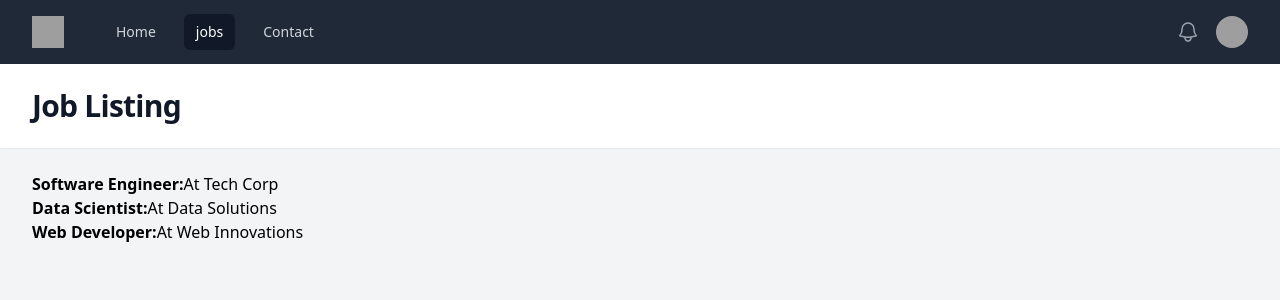
Repository: mennaabdelelhady/30-Days-to-Learn-Laravel
Page: http://localhost/jobs
An editor plug-in stored every save of this project. The page is shown before and after the next save, followed by the edit.
The browser window is 1280 px wide. The pictures show the whole page.
Pictures or frames that could not be fetched are drawn as grey boxes. Some web libraries are served in a nearby version. The page is served by the project's Laravel application, run on PHP 8.4 with Laravel 12. Other server files are loaded and not shown.

Above is the page before, as saved 2025-07-09 12:59:54.

### routes/web.php
<?php

use Illuminate\Support\Arr;
use Illuminate\Support\Facades\Route;

Route::get('/home', function () {
    return view('home');
});

Route::get('/jobs', function () {
    return view('jobs',[
        'jobs'=>[
            ['id'=>1,'title' => 'Software Engineer', 'company' => 'Tech Corp', 'location' => 'New York'],
            ['id'=>2,'title' => 'Data Scientist', 'company' => 'Data Solutions', 'location' => 'San Francisco'],
            ['id'=>3,'title' => 'Web Developer', 'company' => 'Web Innovations', 'location' => 'Los Angeles']
        ]
    ]);
});

Route::get('/jobs/{id}', function ($id) {
    $jobs= [
            ['id'=>1,'title' => 'Software Engineer', 'company' => 'Tech Corp', 'location' => 'New York'],
            ['id'=>2,'title' => 'Data Scientist', 'company' => 'Data Solutions', 'location' => 'San Francisco'],
            ['id'=>3,'title' => 'Web Developer', 'company' => 'Web Innovations', 'location' => 'Los Angeles']
    ];
    /*foreach ($jobs as $job) {
        if ($job['id'] == $id) {
            return view('jobs', ['job' => $job]);
        }
    }*/
    $job=Arr::first($jobs, fn($job)=> $job['id'] == $id);
    //dump($id);
    //dd($job);
    return view('job',['job'=>$job]);
});

Route::get('/contact', function () {
    return view('contact');
});

### resources/views/jobs.blade.php
<x-layout>
    <x-slot:heading>
        Job Listing
    </x-slot:heading>

    <ul>
        @foreach ($jobs as $job)
            <li>
                <a href="/jobs/{{$job['id']}}">
                    <strong>{{ $job['title'] }}:</strong>At {{ $job['company'] }}
                </a>
            </li>
        @endforeach
    </ul>


</x-layout>

### resources/views/components/layout.blade.php
<!DOCTYPE html>
<html lang="en" class="h-full bg-gray-100">

<head>
    <meta charset="UTF-8">
    <meta name="viewport" content="width=device-width, initial-scale=1.0">
    <title>My Website</title>
    <script src="https://cdn.tailwindcss.com"></script>
</head>

<body class="h-full">
    <div class="min-h-full">
        <nav class="bg-gray-800">
            <div class="mx-auto max-w-7xl px-4 sm:px-6 lg:px-8">
                <div class="flex h-16 items-center justify-between">
                    <div class="flex items-center">
                        <div class="shrink-0">
                            <img class="size-8"
                                src="https://laracasts.com/images/logo/logo-triangle.svg"
                                alt="Your Company" />
                        </div>
                        <div class="hidden md:block">
                            <div class="ml-10 flex items-baseline space-x-4">
                                <!-- Current: "bg-gray-900 text-white", Default: "text-gray-300 hover:bg-gray-700 hover:text-white" -->
                                <x-nav-link href="/home" :active="request()->is('home')">Home</x-nav-link>
                                <x-nav-link href="/jobs" :active="request()->is('jobs')">jobs</x-nav-link>
                                <x-nav-link href="/contact" :active="request()->is('contact')" type="button">Contact</x-nav-link>
                            </div>
                        </div>
                    </div>
                    <div class="hidden md:block">
                        <div class="ml-4 flex items-center md:ml-6">
                            <button type="button"
                                class="relative rounded-full bg-gray-800 p-1 text-gray-400 hover:text-white focus:ring-2 focus:ring-white focus:ring-offset-2 focus:ring-offset-gray-800 focus:outline-hidden">
                                <span class="absolute -inset-1.5"></span>
                                <span class="sr-only">View notifications</span>
                                <svg class="size-6" fill="none" viewBox="0 0 24 24" stroke-width="1.5"
                                    stroke="currentColor" aria-hidden="true" data-slot="icon">
                                    <path stroke-linecap="round" stroke-linejoin="round"
                                        d="M14.857 17.082a23.848 23.848 0 0 0 5.454-1.31A8.967 8.967 0 0 1 18 9.75V9A6 6 0 0 0 6 9v.75a8.967 8.967 0 0 1-2.312 6.022c1.733.64 3.56 1.085 5.455 1.31m5.714 0a24.255 24.255 0 0 1-5.714 0m5.714 0a3 3 0 1 1-5.714 0" />
                                </svg>
                            </button>

                            <!-- Profile dropdown -->
                            <div class="relative ml-3">
                                <div>
                                    <button type="button"
                                        class="relative flex max-w-xs items-center rounded-full bg-gray-800 text-sm focus:outline-hidden focus-visible:ring-2 focus-visible:ring-white focus-visible:ring-offset-2 focus-visible:ring-offset-gray-800"
                                        id="user-menu-button" aria-expanded="false" aria-haspopup="true">
                                        <span class="absolute -inset-1.5"></span>
                                        <span class="sr-only">Open user menu</span>
                                        <img class="size-8 rounded-full"
                                            src="https://laracasts.com/images/lary-ai-face.svg"
                                            alt="" />
                                    </button>
                                </div>


                            </div>
                        </div>
                    </div>
                    <div class="-mr-2 flex md:hidden">
                        <!-- Mobile menu button -->
                        <button type="button"
                            class="relative inline-flex items-center justify-center rounded-md bg-gray-800 p-2 text-gray-400 hover:bg-gray-700 hover:text-white focus:ring-2 focus:ring-white focus:ring-offset-2 focus:ring-offset-gray-800 focus:outline-hidden"
                            aria-controls="mobile-menu" aria-expanded="false">
                            <span class="absolute -inset-0.5"></span>
                            <span class="sr-only">Open main menu</span>
                            <!-- Menu open: "hidden", Menu closed: "block" -->
                            <svg class="block size-6" fill="none" viewBox="0 0 24 24" stroke-width="1.5"
                                stroke="currentColor" aria-hidden="true" data-slot="icon">
                                <path stroke-linecap="round" stroke-linejoin="round"
                                    d="M3.75 6.75h16.5M3.75 12h16.5m-16.5 5.25h16.5" />
                            </svg>
                            <!-- Menu open: "block", Menu closed: "hidden" -->
                            <svg class="hidden size-6" fill="none" viewBox="0 0 24 24" stroke-width="1.5"
                                stroke="currentColor" aria-hidden="true" data-slot="icon">
                                <path stroke-linecap="round" stroke-linejoin="round" d="M6 18 18 6M6 6l12 12" />
                            </svg>
                        </button>
                    </div>
                </div>
            </div>

            <!-- Mobile menu, show/hide based on menu state. -->
            <div class="md:hidden" id="mobile-menu">
                <div class="space-y-1 px-2 pt-2 pb-3 sm:px-3">
                    <!-- Current: "bg-gray-900 text-white", Default: "text-gray-300 hover:bg-gray-700 hover:text-white" -->
                    <a href="/home" class="block rounded-md bg-gray-900 px-3 py-2 text-base font-medium text-white"
                        aria-current="page">Home</a>
                    <a href="/about"
                        class="block rounded-md px-3 py-2 text-base font-medium text-gray-300 hover:bg-gray-700 hover:text-white">About</a>
                    <a href="/contact"
                        class="block rounded-md px-3 py-2 text-base font-medium text-gray-300 hover:bg-gray-700 hover:text-white">Contact</a>
                    <a href="#"
                </div>
                <div class="border-t border-gray-700 pt-4 pb-3">
                    <div class="flex items-center px-5">
                        <div class="shrink-0">
                            <img class="size-10 rounded-full"
                                src="https://laracasts.com/images/lary-ai-face.svg"
                                alt="" />
                        </div>
                        <div class="ml-3">
                            <div class="text-base/5 font-medium text-white">lary robot</div>
                            <div class="text-sm font-medium text-gray-400">menna@gmail.com</div>
                        </div>
                        <button type="button"
                            class="relative ml-auto shrink-0 rounded-full bg-gray-800 p-1 text-gray-400 hover:text-white focus:ring-2 focus:ring-white focus:ring-offset-2 focus:ring-offset-gray-800 focus:outline-hidden">
                            <span class="absolute -inset-1.5"></span>
                            <span class="sr-only">View notifications</span>
                            <svg class="size-6" fill="none" viewBox="0 0 24 24" stroke-width="1.5"
                                stroke="currentColor" aria-hidden="true" data-slot="icon">
                                <path stroke-linecap="round" stroke-linejoin="round"
                                    d="M14.857 17.082a23.848 23.848 0 0 0 5.454-1.31A8.967 8.967 0 0 1 18 9.75V9A6 6 0 0 0 6 9v.75a8.967 8.967 0 0 1-2.312 6.022c1.733.64 3.56 1.085 5.455 1.31m5.714 0a24.255 24.255 0 0 1-5.714 0m5.714 0a3 3 0 1 1-5.714 0" />
                            </svg>
                        </button>
                    </div>
                    <div class="mt-3 space-y-1 px-2">
                        <a href="#"
                            class="block rounded-md px-3 py-2 text-base font-medium text-gray-400 hover:bg-gray-700 hover:text-white">Your
                            Profile</a>
                        <a href="#"
                            class="block rounded-md px-3 py-2 text-base font-medium text-gray-400 hover:bg-gray-700 hover:text-white">Settings</a>
                        <a href="#"
                            class="block rounded-md px-3 py-2 text-base font-medium text-gray-400 hover:bg-gray-700 hover:text-white">Sign
                            out</a>
                    </div>
                </div>
            </div>
        </nav>

        <header class="bg-white shadow-sm">
            <div class="mx-auto max-w-7xl px-4 py-6 sm:px-6 lg:px-8">
                <h1 class="text-3xl font-bold tracking-tight text-gray-900">{{$heading}}</h1>
            </div>
        </header>
        <main>
            <div class="mx-auto max-w-7xl px-4 py-6 sm:px-6 lg:px-8">
                {{$slot}}
            </div>
        </main>
    </div>

</body>

</html>

### resources/views/components/nav-link.blade.php
@props(['active'=>false])
<a class="{{ $active ? 'bg-gray-900 text-white' : 'text-gray-300 hover:bg-gray-700 hover:text-white' }} px-3 py-2 rounded-md text-sm font-medium"
    aria-current="{{$active? 'page':'false'}}"
    {{ $attributes }}
    >{{ $slot }}</a>

After the next save:
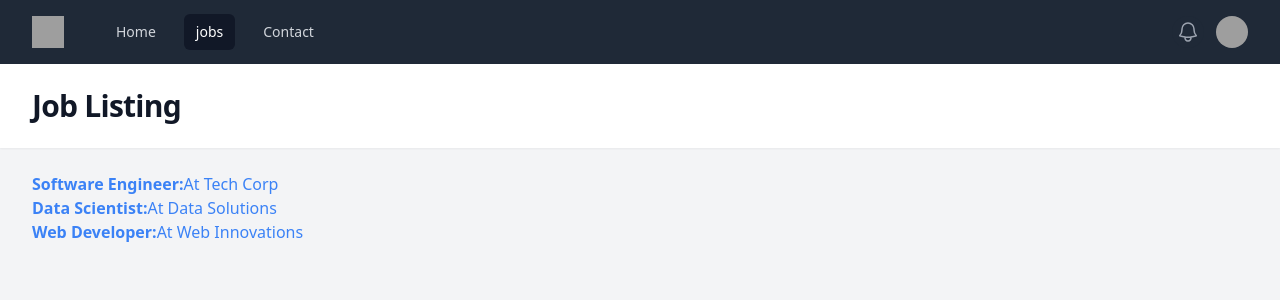
Saved 75 s later.
--- a/resources/views/jobs.blade.php
+++ b/resources/views/jobs.blade.php
@@ -6,7 +6,7 @@
     <ul>
         @foreach ($jobs as $job)
             <li>
-                <a href="/jobs/{{$job['id']}}">
+                <a href="/jobs/{{$job['id']}}" class="text-blue-500 hover:underline">
                     <strong>{{ $job['title'] }}:</strong>At {{ $job['company'] }}
                 </a>
             </li>
